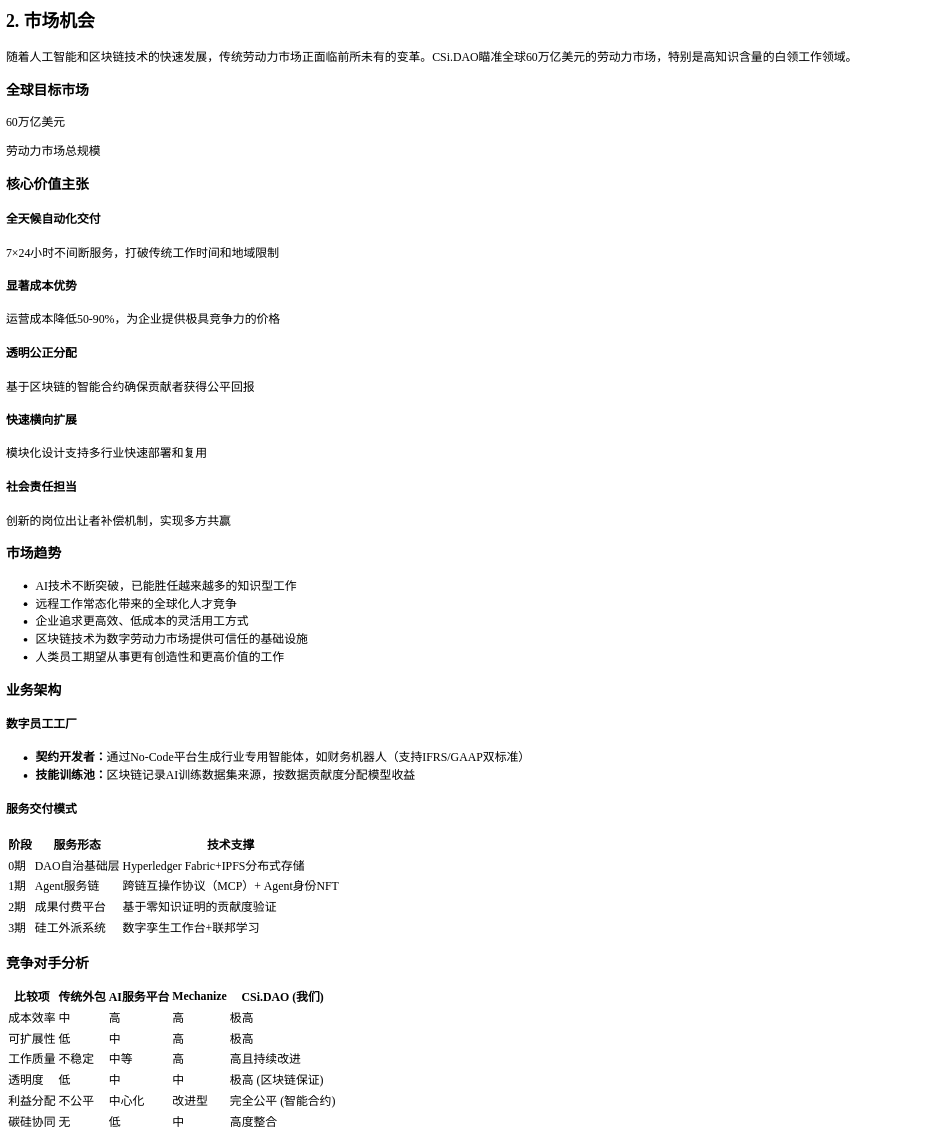
Repository: delez911/ainize
Page: static-site/src/components/market/market.html
These files come from the project's save history. The page is drawn as it stood at one moment and after the next save; the edit follows.
The browser window is 1280 px wide. The pictures show the whole page, at 74% of full size.

Above is the page before, as saved 2025-04-24 03:40:19.

After the next save:
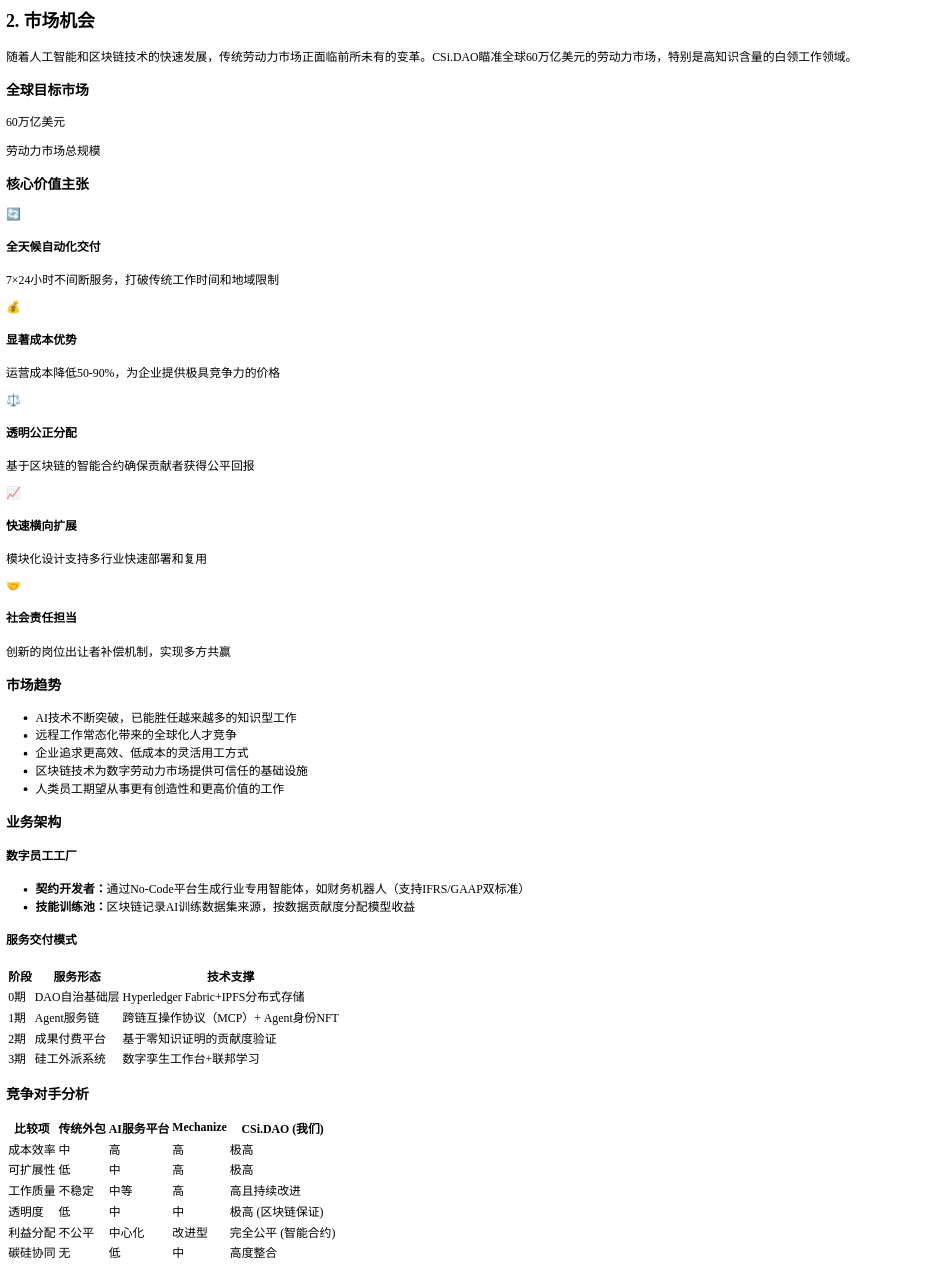
Saved 5 min 44 s later.
--- a/static-site/src/components/market/market.html
+++ b/static-site/src/components/market/market.html
@@ -15,22 +15,27 @@
       <h3>核心价值主张</h3>
       <div class="value-propositions">
         <div class="value-item">
+          <div class="value-icon">🔄</div>
           <h4>全天候自动化交付</h4>
           <p>7×24小时不间断服务，打破传统工作时间和地域限制</p>
         </div>
         <div class="value-item">
+          <div class="value-icon">💰</div>
           <h4>显著成本优势</h4>
           <p>运营成本降低50-90%，为企业提供极具竞争力的价格</p>
         </div>
         <div class="value-item">
+          <div class="value-icon">⚖️</div>
           <h4>透明公正分配</h4>
           <p>基于区块链的智能合约确保贡献者获得公平回报</p>
         </div>
         <div class="value-item">
+          <div class="value-icon">📈</div>
           <h4>快速横向扩展</h4>
           <p>模块化设计支持多行业快速部署和复用</p>
         </div>
         <div class="value-item">
+          <div class="value-icon">🤝</div>
           <h4>社会责任担当</h4>
           <p>创新的岗位出让者补偿机制，实现多方共赢</p>
         </div>
